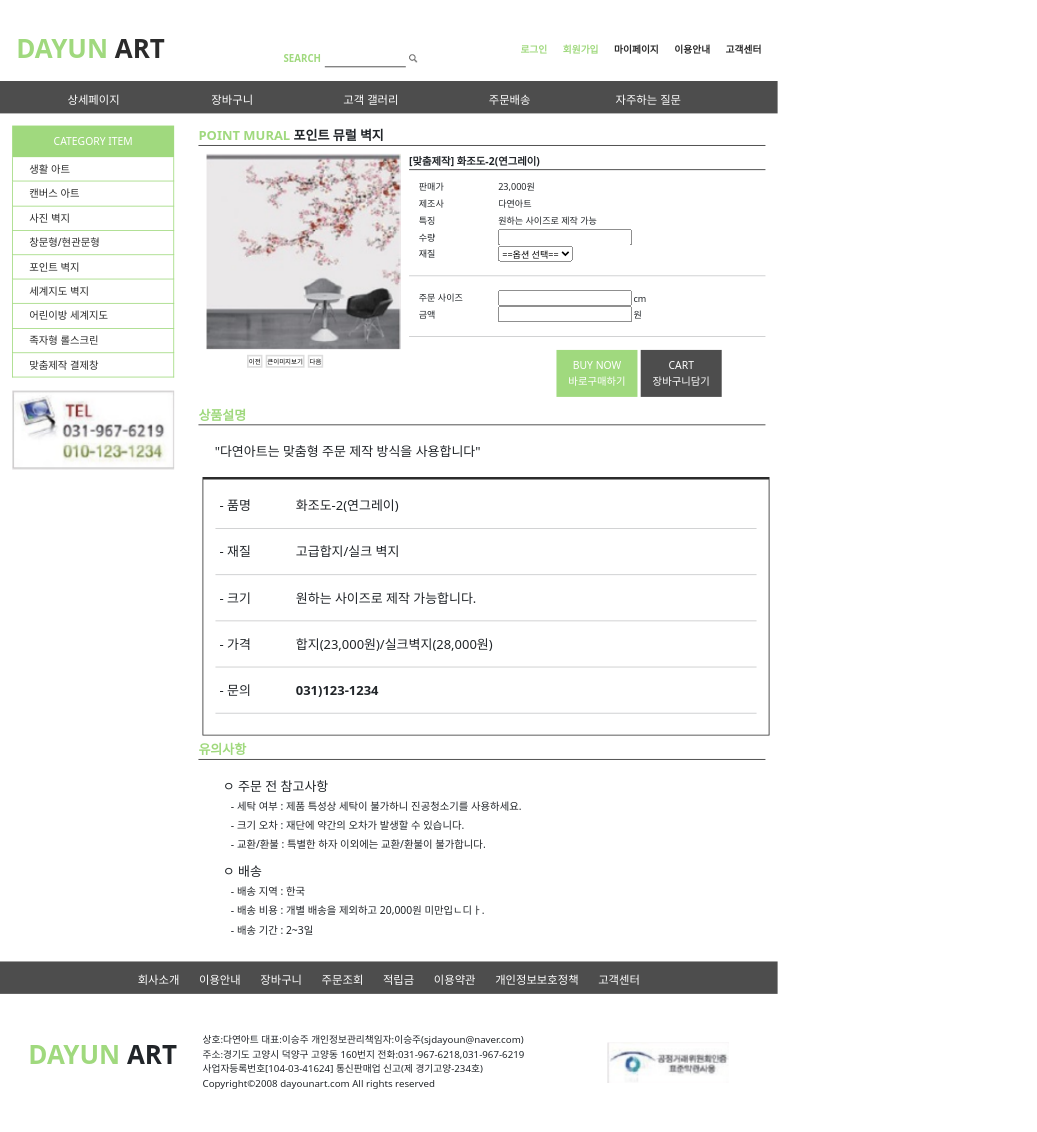
Repository: yeonddu/green_js
Page: pro01/public/bootstrap/product.html
The author's editor kept a copy of each file at every save. The page is drawn from the files as they stood at one save, then again after the next save.
The browser window is 1280 px wide. The pictures show the whole page, at 81% of full size.

Above is the page before, as saved 2022-12-27 07:52:37.

After the next save:
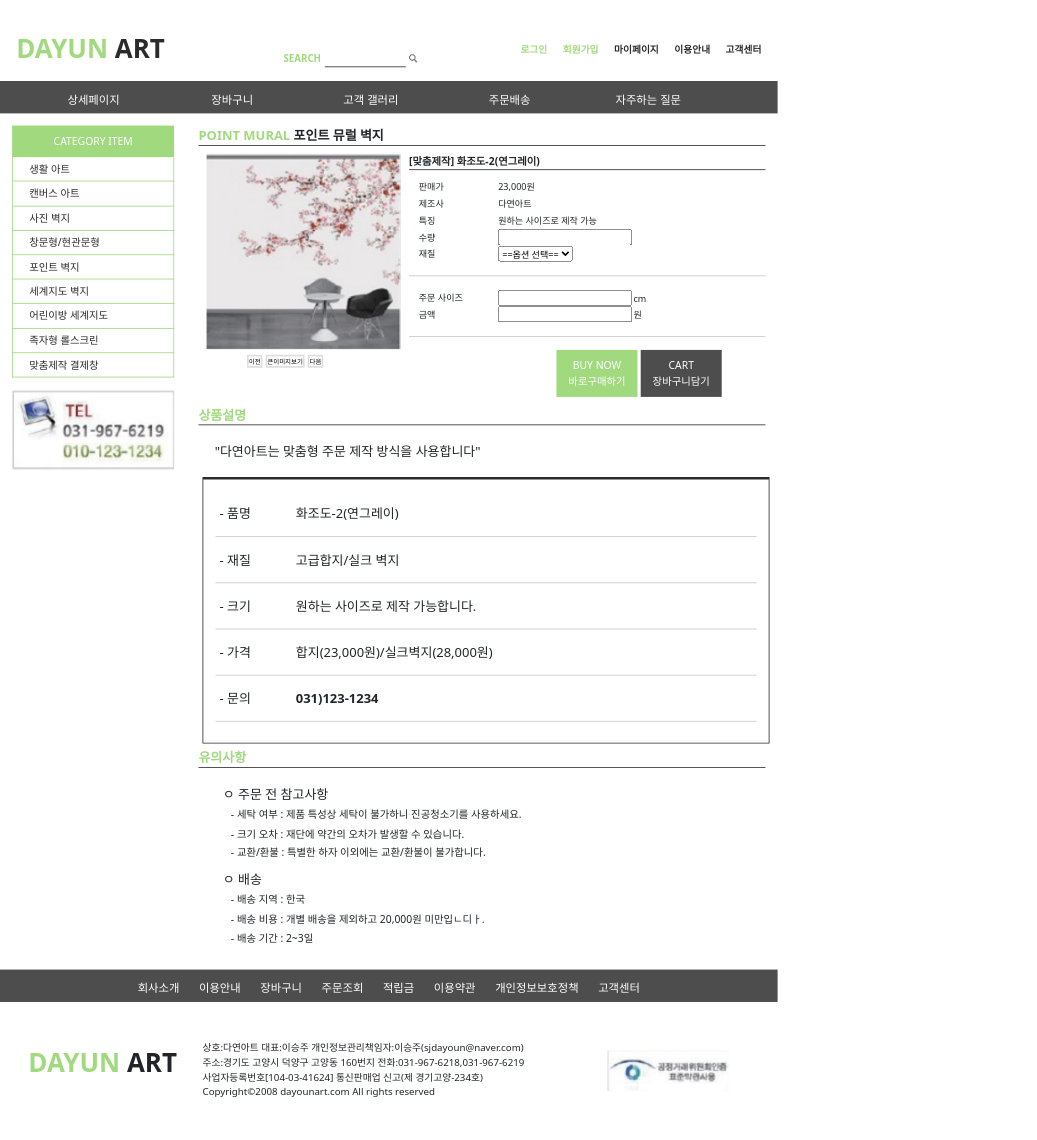
Saved 5 s later.
--- a/pro01/public/bootstrap/product.css
+++ b/pro01/public/bootstrap/product.css
@@ -133,7 +133,7 @@ section .product-title {
 	border-top:3px solid #2B2B2B;
 	margin:5px;
 	width:700px;
-	padding:20px 15px 10px 15px;
+	padding:30px 15px 10px 15px;
 
 }
 
